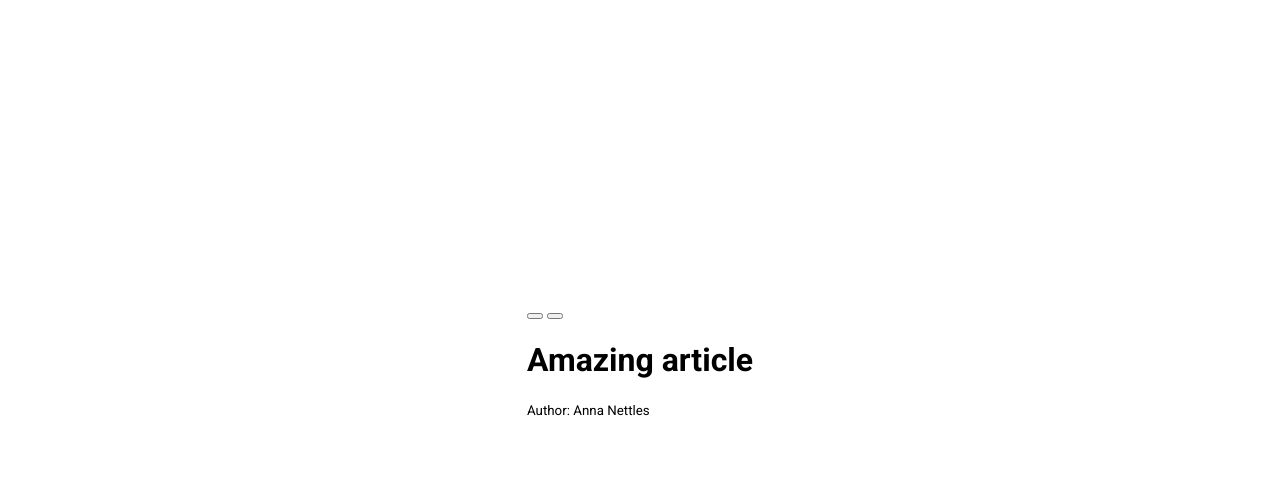
Repository: thecoachanna/rotating-navbar
Page: index.html
An editor plug-in stored every save of this project. The page is shown before and after the next save, followed by the edit.
The browser window is 1280 px wide. The pictures show the whole page.
Some web fonts or font styles are not loaded; a fallback is used.

Above is the page before, as saved 2023-02-16 08:46:10.

### index.html
<!DOCTYPE html>
<html lang="en">
<head>
    <meta charset="UTF-8">
    <meta http-equiv="X-UA-Compatible" content="IE=edge">
    <meta name="viewport" content="width=device-width, initial-scale=1.0">
    <link rel="stylesheet" href="style.css">
    <title>Rotating Navigation</title>
</head>
<body>
    <div class="container">
        <div class="circle-container">
            <div class="circle">
                <button id="close">
                    <i class="fas fa-times"></i>
                </button>
                <button id="open">
                    <i class="fas fa-times"></i>
                </button>
            </div>
        </div>
        <div class="content">
            <h1>Amazing article</h1>
            <small>Author: Anna Nettles</small>

        </div>
    </div>
    <script src="script.js"></script>
</body>
</html>

### style.css
@import url('https://fonts.googleapis.com/css2?family=Inter:wght@400;600;700&family=Lato:wght@100&family=Oswald:wght@700&family=Outfit&family=Poiret+One&family=Roboto:wght@400;700&display=swap');


* {
    box-sizing: border-box;
}

body {
    font-family: 'Roboto', sans-serif;
    display: flex;
    flex-direction: column;
    align-items: center;
    justify-content: center;
    height: 100vh;
    overflow: hidden;
    margin: 0;
}

Loaded but not shown: script.js (no copy from this time; the picture is the same without it)

After the next save:
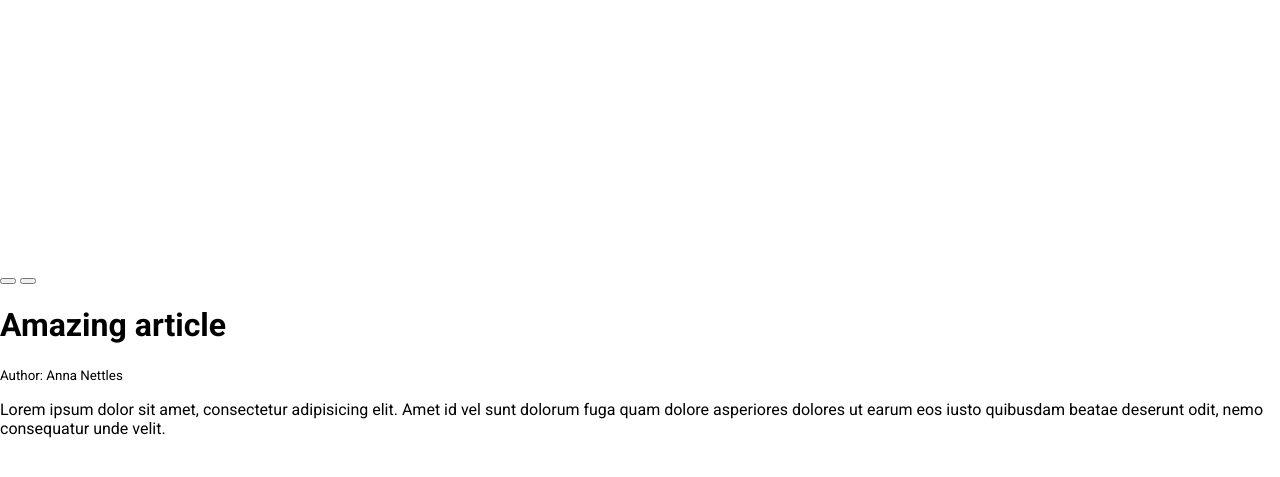
Saved 4 s later.
--- a/index.html
+++ b/index.html
@@ -22,7 +22,7 @@
         <div class="content">
             <h1>Amazing article</h1>
             <small>Author: Anna Nettles</small>
-
+            <p>Lorem ipsum dolor sit amet, consectetur adipisicing elit. Amet id vel sunt dolorum fuga quam dolore asperiores dolores ut earum eos iusto quibusdam beatae deserunt odit, nemo consequatur unde velit.</p>
         </div>
     </div>
     <script src="script.js"></script>
